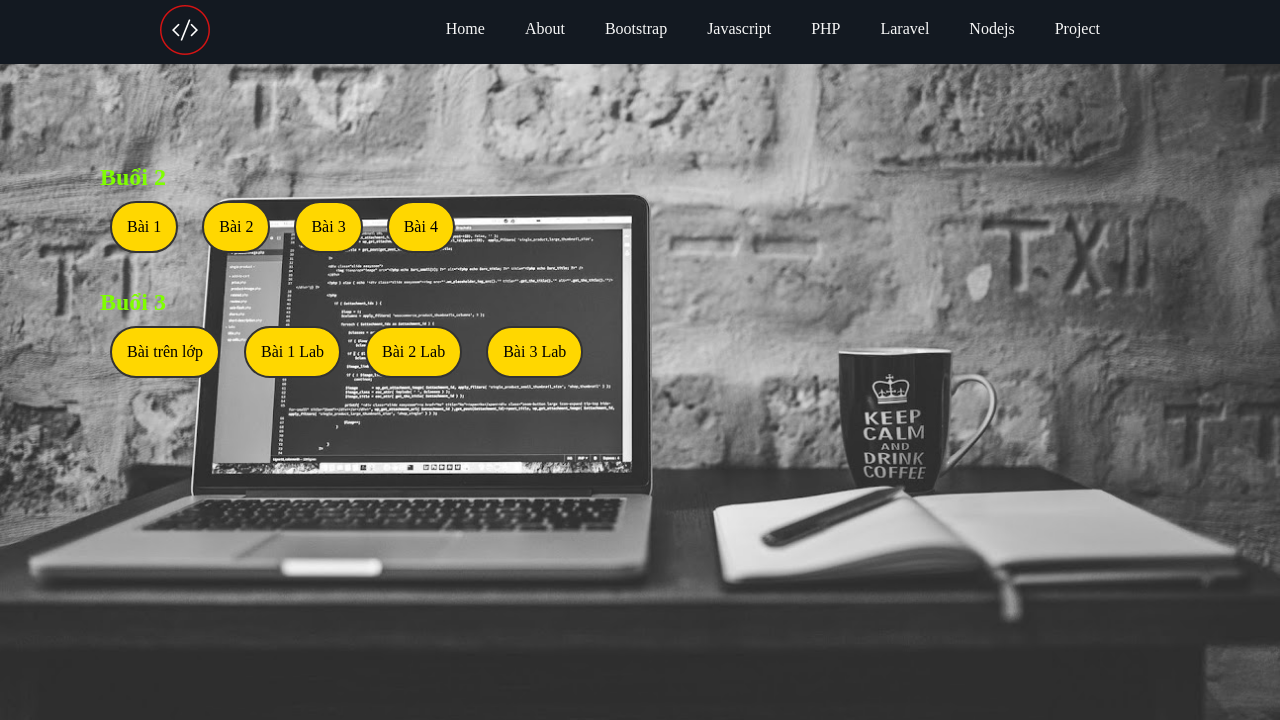
Repository: KinD2704/Web-University
Page: index.html
An editor plug-in stored every save of this project. The page is shown before and after the next save, followed by the edit.
The browser window is 1280 px wide. The pictures show the whole page.

Above is the page before, as saved 2023-12-23 14:50:38.

### index.html
<!DOCTYPE html>
<html lang="en">
    <head>
        <meta charset="UTF-8" />
        <meta name="viewport" content="width=device-width, initial-scale=1.0" />
        <title>Document</title>
        <link rel="stylesheet" href="assets/css/styles.css" />
    </head>
    <body>
        <header>
            <nav class="container">
                <a href="" id="logo">
                    <img src="assets/img/logo.png" alt="" />
                </a>
                <ul id="main-menu">
                    <li>
                        <a href="">Home</a>
                    </li>
                    <li>
                        <a href="">About</a>
                    </li>
                    <li>
                        <a href="">Bootstrap</a>
                    </li>
                    <li>
                        <a href="">Javascript</a>
                    </li>
                    <li>
                        <a href="">PHP</a>
                    </li>
                    <li>
                        <a href="">Laravel</a>
                    </li>
                    <li>
                        <a href="">Nodejs</a>
                    </li>
                    <li>
                        <a href="">Project</a>
                    </li>
                </ul>
            </nav>
        </header>
        <main>
            <h2>Buổi 2</h2>
            <div>
                <ul>
                    <li><a href="buoi2-1.html">Bài 1</a></li>
                    <li><a href="buoi2-2.html">Bài 2</a></li>
                    <li><a href="buoi2-3.html">Bài 3</a></li>
                    <li><a href="buổi 2/Part 4/index.html">Bài 4</a></li>
                </ul>
            </div>
            <br />
            <br />
            <h2>Buổi 3</h2>
            <div>
                <ul>
                    <li><a href="buổi 3/Bai1.html">Bài trên lớp</a></li>
                    <li><a href="buổi 3/Material.html">Bài 1 Lab</a></li>
                    <li><a href="buổi 3/Bai 2.html">Bài 2 Lab</a></li>
                    <li><a href="buổi 2/Part 4/index.html">Bài 3 Lab</a></li>
                </ul>
            </div>
        </main>
        <footer></footer>
    </body>
</html>

### assets/css/styles.css
* {
    margin: 0;
    padding: 0;
    box-sizing: border-box;
}
body {
    background-image: url("../img/bg.jpeg");
    background-size: cover;
    background-position-y: -100px;
}
/* thanh header */
header {
    background-color: #131921;
}
.container {
    max-width: 960px;
    margin: 0px auto;
}
nav {
    display: flex;
    justify-content: space-between;
    justify-items: center;
}
#main-menu {
    display: flex;
    list-style: none;
    margin: 0;
    padding: 0;
}
#logo {
    padding: 5px 0px;
}
#logo img {
    max-width: 50px;
    height: auto;
}
#main-menu li a {
    color: #f8f8f8;
    display: block;
    text-decoration: none;
    padding: 20px 20px;
}
#main-menu li {
    position: relative;
}
/* Main */
main {
    margin-top: 100px;
    margin-left: 100px;
}
main h2 {
    padding-bottom: 10px;
    color: chartreuse;
}
main ul {
    list-style: none;
}
main ul li a {
    text-decoration: none;
    color: #000000;
}
main ul li {
    display: inline-block;
    background-color: gold;
    margin: 0 10px;
    padding: 15px;
    border: 2px solid #333;
    border-radius: 999px;
}

After the next save:
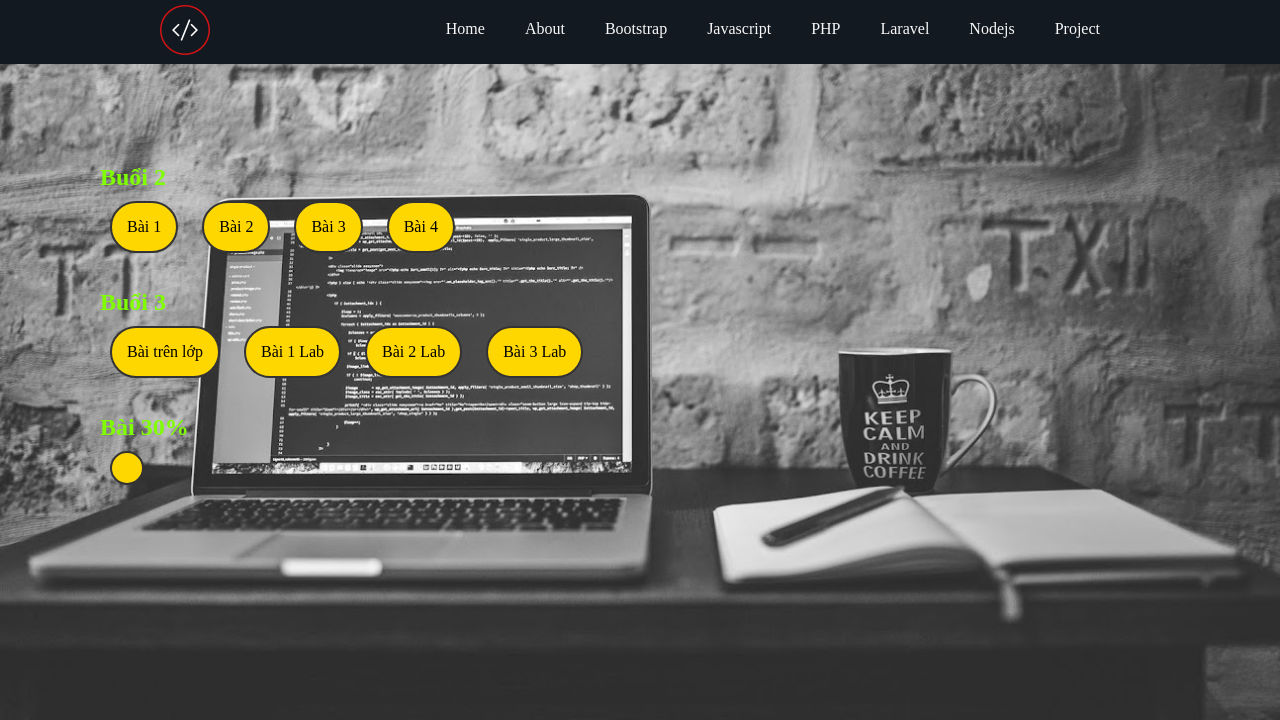
Saved 2 min 38 s later.
--- a/index.html
+++ b/index.html
@@ -61,6 +61,12 @@
                     <li><a href="buổi 2/Part 4/index.html">Bài 3 Lab</a></li>
                 </ul>
             </div>
+            <br />
+            <br />
+            <h2>Bài 30%</h2>
+            <ul>
+                <li><a href="Bai30/index.html"></a></li>
+            </ul>
         </main>
         <footer></footer>
     </body>
